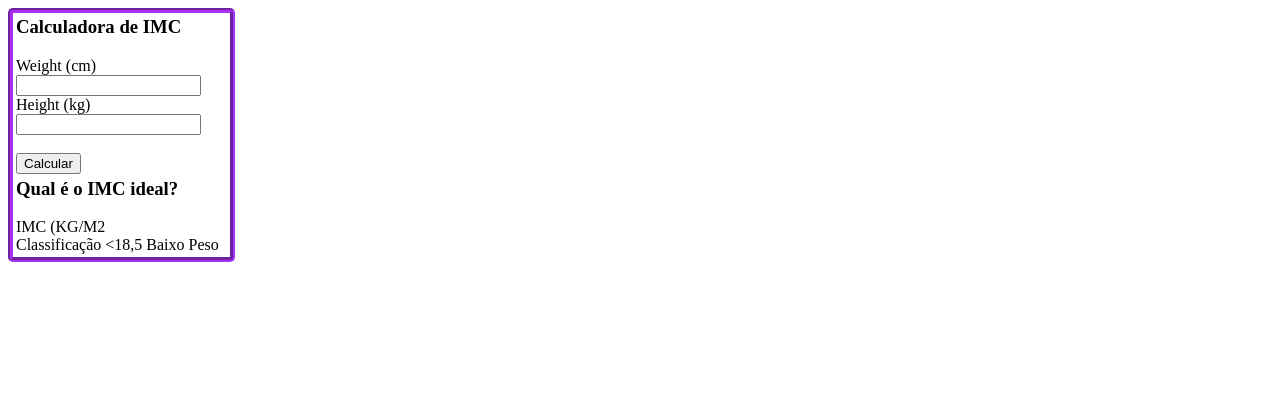
Repository: Patriciamativi/Projetos
Page: index.html
An editor plug-in stored every save of this project. The page is shown before and after a run of saves, followed by the edit.
The browser window is 1280 px wide. The pictures show the whole page.

Above is the page before, as saved 2022-11-21 15:16:39.

### index.html
<html>
    <head>
        <title>Calculadora de IMC</title>
        <meta charset="utf-8"/>

        <style type="text/css">

            p {
                border: 5px groove rgb(168, 50, 247);
                border-radius: 5px;
                width: 217px;
            }
            td {

                /*background-color: rgb(216, 166, 240);*/
            }

        </style>
    </head>
   <p>
<table border="0">
    <body>
         <tr>
            <td> <h3>Calculadora de IMC</h3>

            Weight (cm)<br/>
            <input type: "number" > </br>

            Height (kg)<br/>
            <input type: "number" > </br> </br>

            <input type= "submit" value="Calcular"> </td> </tr>
          <tr>
                <td> <h3>Qual é o IMC ideal?</h3>

                IMC (KG/M2<br/>  Classificação
                <18,5            Baixo Peso

                </td>
                </tr>
    </table>
</p>



</body>
</html>

After the next 2 saves:
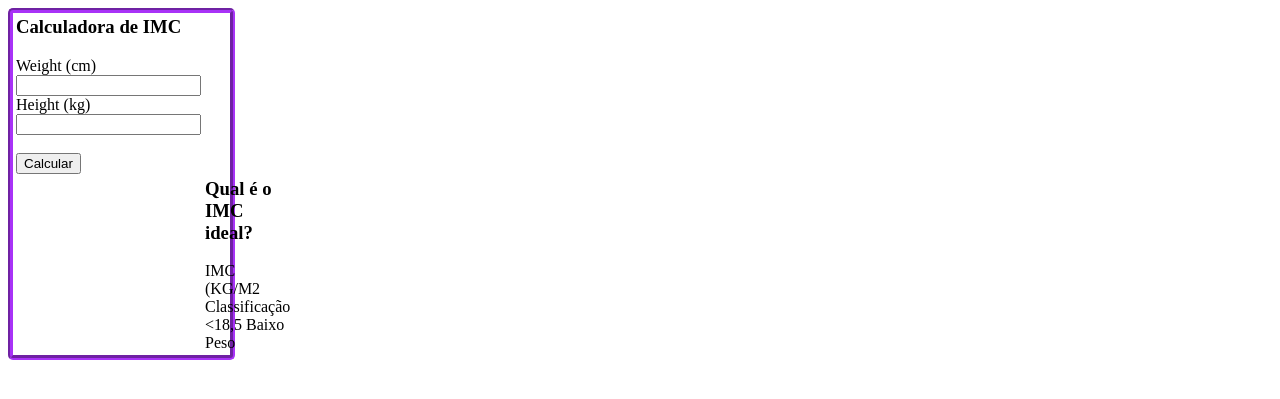
The 2 saves are shown as one change because they came seconds apart.
The last was saved 8 s later.
--- a/index.html
+++ b/index.html
@@ -30,7 +30,7 @@
             <input type: "number" > </br> </br>
 
             <input type= "submit" value="Calcular"> </td> </tr>
-          <tr>
+          <th>
                 <td> <h3>Qual é o IMC ideal?</h3>
 
                 IMC (KG/M2<br/>  Classificação
